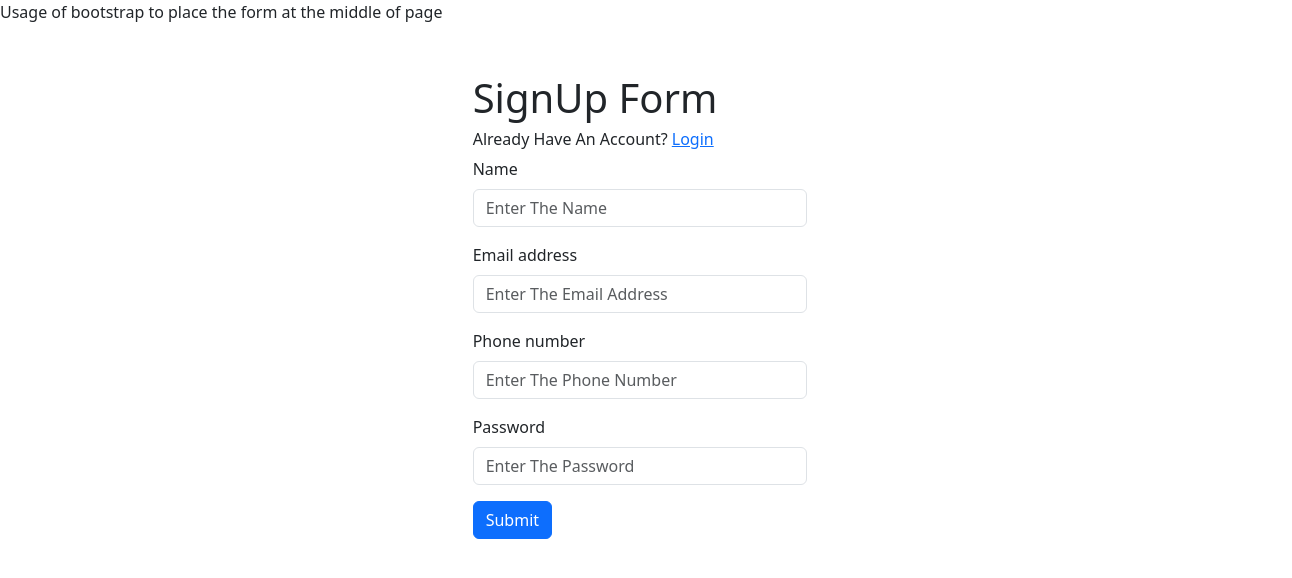
Repository: Manojs14/StudentManagementSystem
Page: http://localhost/Crud_form/
These files come from the project's save history. The page is drawn as it stood at one moment and after the next save; the edit follows.
The browser window is 1280 px wide. The page is 1292 px wide, so the pictures cover 1292 px, including what lies to the right of the window. The pictures show the whole page.
The page is served by Tomcat 9. Nobody is signed in. The application's start-up code is not run.

Above is the page before, as saved 2024-07-10 08:03:58.

After the next save:
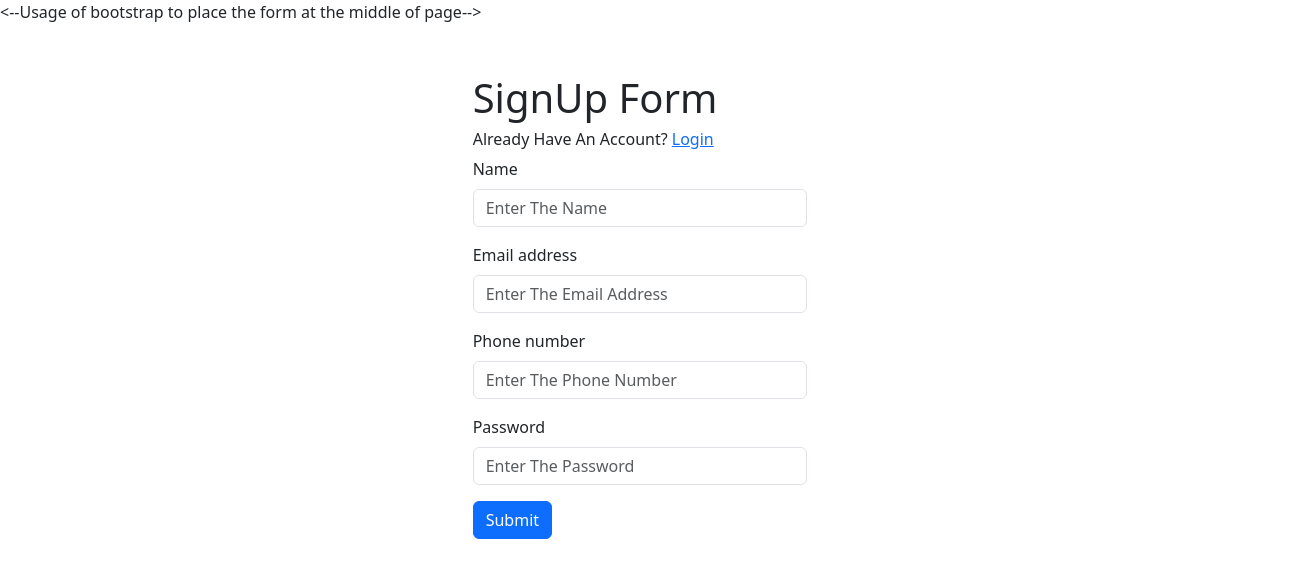
Saved 17 s later.
--- a/Crud_form/src/main/webapp/index.jsp
+++ b/Crud_form/src/main/webapp/index.jsp
@@ -10,7 +10,7 @@
 <body>
 
 
-Usage of bootstrap to place the form at the middle of page
+<--Usage of bootstrap to place the form at the middle of page-->
  <div class="row">
     <div class="col-4">
     <h1></h1>
